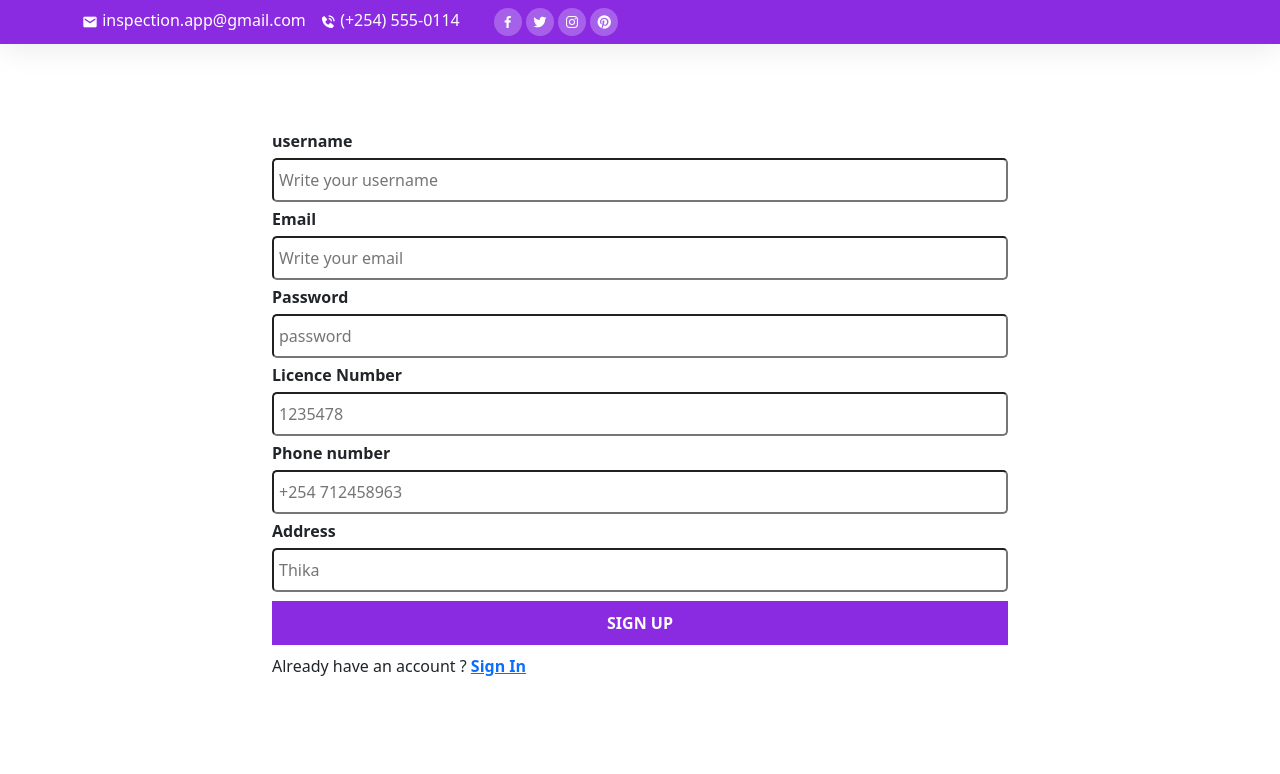
Repository: NDISHAW/Inspectionapp-rails
Page: public/signup.html
The author's editor kept a copy of each file at every save. The page is drawn from the files as they stood at one save, then again after the next save.
The browser window is 1280 px wide. The pictures show the whole page.

Above is the page before, as saved 2022-10-09 04:20:09.

### public/signup.html
<!DOCTYPE html>
<html lang="en">
  <head>
    <meta charset="UTF-8" />
    <meta http-equiv="X-UA-Compatible" content="IE=edge" />
    <meta name="viewport" content="width=device-width, initial-scale=1.0" />
    <title>Sign up</title>
    <link rel="stylesheet" href="css/style.css">
    <link rel="stylesheet" href="css/bootstrap.min.css">
    <link rel="stylesheet" href="css/owl.carousel.min.css">
    <link rel="stylesheet" href="css/owl.theme.default.min.css">
    <link href='https://unpkg.com/boxicons@2.1.1/css/boxicons.min.css' rel='stylesheet'>

    <script src="/js/axios/dist/axios.min.js"></script>
  </head>
  <body data-bs-spy="scroll" data-bs-target=".navbar" data-bs-offset="70">


      <!-- TOP NAV -->
      <div class="top-nav navbar" id="home">
          <div class="container">
              <div class="row justify-content-between">
                  <div class="col-auto">
                      <p> <i class='bx bxs-envelope'></i> inspection.app@gmail.com</p>
                      <p> <i class='bx bxs-phone-call'></i> (+254) 555-0114</p>
                  </div>
                  <div class="col-auto social-icons">
                      <a href="#"><i class='bx bxl-facebook'></i></a>
                      <a href="#"><i class='bx bxl-twitter'></i></a>
                      <a href="#"><i class='bx bxl-instagram'></i></a>
                      <a href="#"><i class='bx bxl-pinterest'></i></a>
                  </div>
              </div>
          </div>
      </div>
    <section id="about">
      <div class="container">
    <div class="row justify-content-center">
      <div class="jumbotron jumbotron-fluid col-8 flex">
      <!-- username  -->
      <div class="username">
        <label for="username">username</label>
        <input
          type="username"
          name="username"
          id="username"
          placeholder="Write your username"
        />
      </div>
      <!-- Email  -->
      <div class="email">
        <label for="email">Email</label>
        <input
          type="email"
          name="email"
          id="email"
          placeholder="Write your email"
        />
      </div>
      <!-- passWord -->
      <div class="pass">
        <label for="password">Password</label>
        <input
          type="password"
          name="password"
          id="password"
          placeholder="password"
        />
      </div>
      <!-- licence_no -->
      <div class="pass">
        <label for="licence_no">Licence Number</label>
        <input
          name="licence_no"
          id="licence_no"
          placeholder="1235478"
        />
      </div>

      <!-- phone -->
      <div class="pass">
        <label for="phone">Phone number</label>
        <input
          name="phone"
          id="phone"
          placeholder="+254 712458963"
        />
      </div>

      <!-- address -->
      <div class="pass">
        <label for="address">Address</label>
        <input
          type="address"
          name="address"
          id="address"
          placeholder="Thika"
        />
      </div>
      <!-- Rails button -->
      <!-- <button id="submit-btn" onclick="rails()">Rails test</button> -->
      <!-- Sign Up button -->
      <button id="submit-btn" onclick="signUp();">Sign Up</button>
      <!-- Sign In option -->
      <p>Already have an account ?</p>
      <span><a href="signIn.html">Sign In</a></span>
    </div>
    </div>
    </div>
    </section>
  </div>
    <script src="main.js"></script>
  </body>
</html>

### public/css/style.css
@import url('https://fonts.googleapis.com/css2?family=Barlow:wght@400;500;600;700&display=swap');

:root {
    --brand: blueviolet;
    --dark: #092032;
    --body: #516171;
    --border: rgba(0,0,0,0.08);
    --shadow: 0px 6px 30px rgba(0, 0, 0, 0.08);

}

body {
    font-family: "Barlow", sans-serif;
    color: var(--body);
    line-height: 1.7;
}

h1,h2,h3,h4,h5,h6,
.display-1,.display-2,.display-3,.display-4 {
    font-weight: 700;
    color: var(--dark);
}

.bg-cover {
    background-size: cover;
    background-position: center;
    background-repeat: no-repeat;
}

img {
    width: 100%;
}

a {
    color: var(--dark);
    transition: all 0.4s ease;
    font-weight: 500;
}

a:hover {
    color: var(--brand);
}

section {
    padding-top: 80px;
    padding-bottom: 80px;
}

.text-brand {
    color: var(--brand) !important;
}


.hero-slider .owl-prev,
.hero-slider .owl-next{
    background-color: rgba(255, 255, 255, 0.3) !important;
    width: 60px !important;
    height: 60px !important;
    display: block;
    display: grid;
    place-items: center;
    color: #fff !important;
    border-radius: 100px;
    line-height: 0;
    border-radius: 100px !important;
    position: absolute;
    top: 50%;
    font-weight: 600 !important;
    font-size: 12px !important;
    transition: all 0.4s ease;
    margin-top: -30px !important;
}

.owl-prev {
    left: 0;
}
.owl-next {
    right: 0;
}

.hero-slider .owl-prev:hover,
.hero-slider .owl-next:hover {
    background-color: var(--brand) !important;
}

.owl-dot.active span{
    background-color: var(--brand) !important;
}


 /* slide */
 .slide {
     min-height: 100vh;
     display: flex;
     align-items: center;
     justify-content: center;
     position: relative;
}

.slide1 {
    background: linear-gradient(rgba(0, 0, 0, 0.4), rgba(0, 0, 0, 0.4)), url(../img/mec2.jpg);
    background-size: cover;
    background-position: center;
    background-repeat: no-repeat;
}

.slide2 {
    background: linear-gradient(rgba(0, 0, 0, 0.4), rgba(0, 0, 0, 0.4)), url(../img/world3.jpg);
    background-size: cover;
    background-position: center;
    background-repeat: no-repeat;
}

.slide .display-3 {
    text-transform: uppercase;
    color: #fff;
}

/* navbar */
.top-nav {
    background-color: var(--brand);
    color: #fff;
    padding-top: 5px;
    padding-bottom: 5px;
}

.top-nav p {
    display: inline-block;
    margin-bottom: 0;
    margin-right: 10px;
}

.top-nav span,
.top-nav i {
    vertical-align: middle;
}

.navbar {
    box-shadow: var(--shadow);
}

.social-icons a {
    width: 28px;
    height: 28px;
    display: inline-flex;
    color: #fff;
    background-color: rgba(255, 255, 255, 0.25);
    text-decoration: none;
    align-items: center;
    justify-content: center;
    border-radius: 100px;
}

.social-icons a:hover {
    background-color: #fff;
    color: var(--brand);
}

.navbar .navbar-nav .nav-link {
    color: var(--dark);
}

.navbar .navbar-nav .nav-link:hover {
    color: var(--brand);
}

.navbar .navbar-nav .nav-link.active {
    color: var(--brand);
}

.navbar-brand {
    font-size: 28px;
    font-weight: 700;
}

.navbar-brand .dot {
    color: var(--brand);
}

.btn {
    padding: 8px 26px;
}

.btn-brand {
    border-color: var(--brand);
    background-color: var(--brand);
    color: #fff;
}

.btn-brand:hover {
    background-color: #d64022;
    border-color: #d64022;
    color: #fff;
}

.intro {margin-bottom: 36px;
text-align: center;}

.intro p {
    max-width: 500px;
}
.intro h6{
    color: var(--brand);
    font-weight: 400;
    text-transform: uppercase;
}

.intro h1 {
    margin-top: 15px;
    margin-bottom: 15px;
}

.info-box {
    align-items: center;
    display: flex;
}

.info-box img {
    width: 90px;
}


#milestone {
    background: linear-gradient(rgba(136, 42, 143, 0.85), rgba(48, 181, 123, 0.85)), url(../img/inspe.jpg);
    background-size: cover;
    background-position: center;
    background-repeat: no-repeat;
}

#milestone h1,
#milestone p {
    color: #fff;
}

.service {
    padding: 32px;
    background-color: #fff;
    box-shadow: var(--shadow);
}

.service h5 {
    margin-top: 24px;
    margin-bottom: 14px;
}

.service img {
    width: 90px;
}


.project {
    position: relative;
    overflow: hidden;
    z-index: 2;
}

.project h6 {
    font-weight: 400;
}

.project h6::before {
    content: "";
    height: 2px;
    width: 30px;
    display: inline-block;
    background: var(--brand);
    vertical-align: middle;
    margin-right: 10px;
}


.project .overlay {
    width: 100%;
    height: 220px;
    position: absolute;
    bottom: 0;
    left: 0;
    background: linear-gradient(180deg, rgba(255, 76, 41, 0) 0%, var(--dark) 100%);
}

.project .content {
    position: absolute;
    left: 10%;
    bottom: 10%
}

.project h2,
.project h6 {
    color: #fff;
}

.team-member {
    text-align: center;
}

.team-member .image{
    position: relative;
    z-index: 2;
    overflow: hidden;
}

.team-member .overlay {
    width: 100%;
    height: 100%;
    position: absolute;
    left: 0;
    top: -10%;
    background-color: rgba(255, 77, 41, 0.7);
    opacity: 0;
    transition: all 0.4s ease;
}

.team-member h5 {
    margin-top: 16px;
    margin-bottom: 4px;
}

.team-member .social-icons {
    position: absolute;
    top: 60%;
    left: 50%;
    transform: translate(-50%, -50%);
    z-index: 2;
    opacity: 0;
    transition: all 0.4s ease;
}

.team-member .social-icons a {
    width: 40px;
    height: 40px;
}

.team-member:hover .social-icons {
    top: 50%;
    opacity: 1;
}

.team-member:hover .overlay {
    top: 0%;
    opacity: 1;
}

#reviews {

    background: linear-gradient(-90deg, rgba(8, 32, 50, 0.8), rgba(8, 32, 50, 0.8)), url(../img/imago.jpg), #082032;;
    background-size: cover;
    background-position: center;
    background-repeat: no-repeat;
}

.review {
    text-align: center;
    z-index: 2;
    position: relative;
    margin: 15px;
    max-width: 768px;
    margin: auto;
}

.review .bxs-quote-alt-left {
    font-size: 120px;
    position: absolute;
    opacity: 0.1;
    left: 50%;
    top: 50%;
    transform: translate(-50%, -50%);
    color: #fff;
}

.review img {
    width: 80px !important;
    height: 80px;
    border-radius: 100px;
    margin: auto;
}

.review h5 {
    margin-top: 16px;
    margin-bottom: 4px;
    color: #fff;
}

.review h3 {
    margin-top: 26px;
    margin-bottom: 26px;
    font-size: 22px;
    color: #fff;
    font-weight: 400;
    line-height: 1.7;
}

.review small {
    color: var(--brand);
}

.review .stars {
    color: var(--brand);
}

.blog-post {
    position: relative;
    background-color: #fff;
    box-shadow: var(--shadow);
}

.blog-post .content {
    padding: 32px;
}

.blog-post a {
    position: absolute;
    top: 20px;
    left: 20px;
    background-color: var(--brand);
    padding: 2px 12px;
    border-radius: 100px;
    text-decoration: none;
    color: #fff;
}

.blog-post h5 {
    margin-top: 12px;
    margin-bottom: 12px;
}

.blog-post small {
    text-transform: uppercase;
    color: var(--brand);
    text-decoration: underline;
}

footer {
    background: linear-gradient(0deg, rgba(8, 32, 50, 0.9), rgba(8, 32, 50, 0.9)), url(../img/teammech.jpg), #082032;;
    background-size: cover;
    background-position: center;
    background-repeat: no-repeat;
}

footer .footer-top {
    padding-top: 80px;
    padding-bottom: 40px;
}

.footer-bottom {
    border-top: 1px solid rgba(255, 255, 255, 0.1);
    padding-bottom: 20px;
    padding-top: 20px;
}

footer .navbar-brand {
    color: #fff;
}

footer p {
    color: #ADB3B9;
}

footer .social-icons a {
    width: 50px;
    height: 50px;
    font-size: 20px;
    margin-left: 4px;
    margin-right: 4px;
}

.loader {
    min-height: 100vh;
    display: flex;
    align-items: center;
    justify-content: center;
    background-color: red;
    z-index: 99999;
    position: fixed;
    left: 0;
    right: 0;
}


input.form-control {
    border-color: transparent;
    height: 44px;
}

.form-control {
    background-color: rgba(0, 0, 0, 0.04);
    border-color: rgba(0, 0, 0, 0.04);;
}

.form-control:focus {
    box-shadow: none;
    border-color: var(--brand);
}
.form {
    width: 400px;
    border-radius: 5px;
    background-color: white;
    height:fit-content;
    padding: 5px 10px;
    background-color: #9633FF;
}
label {
    display: block;
    font-weight: bolder;
    margin: 5px 0px;
}

input {
    width: 100%;
    padding: 8px 5px;
    border-radius: 5px;
    margin-bottom: 10px;
}

#submit-btn {
    border: none;
    background-color: blueviolet;
    width: 100%;
    padding: 10px 8px;
    color: white;
    font-weight: bolder;
    text-transform: uppercase;
    cursor: pointer;
    margin: 9px 0px;
}

p {
    font-size: 16px;
    border-radius: 10px;
    cursor: pointer;
    display: inline-block;
}

a {
    text-decoration: none;
    font-weight: bolder;
}


/*@import url(https://fonts.googleapis.com/css?family=Roboto:400,300,500);*/
*:focus {
    outline: none;

}

### public/main.js
// // setting up firebase with our website
// const firebaseApp = firebase.initializeApp({
//         apiKey: "AIzaSyDF9DKF44fhzBzk5fZB5Mk4_21q4Ey2kxQ",
//         authDomain: "inspection-e4bf7.firebaseapp.com",
//         projectId: "inspection-e4bf7",
//         storageBucket: "inspection-e4bf7.appspot.com",
//         messagingSenderId: "94545597565",
//         appId: "1:94545597565:web:9e1d12415061541a4ecd14",
//         measurementId: "G-P207FELWW2"
//       });
// const db = firebaseApp.firestore();
// const auth = firebaseApp.auth();

// Sign up function
// function signUp(){
//     //DOM manupilation
//     const email = document.getElementById("email").value;
//     const password = document.getElementById("password").value;
//     const phone = document.getElementById("phone").value;
//     const licence_no = document.getElementById("licence_no").value;
//     const address = document.getElementById("address").value;
//     console.log(email, password)
//     // firebase code
//     firebase.auth().createUserWithEmailAndPassword(email, password)
//         .then((result) => {
//             // Signed in
//             document.write("You are Signed Up")
//             window.location = "dashboard.html";
//             console.log(result)
//             // ...
//         })
//         .catch((error) => {
//             console.log(error.code);
//             console.log(error.message)
//             // ..
//         });
// }




// Sign In function
// const username = document.getElementById("username").value;
// const password = document.getElementById("password").value;

function signIn() {
    const username = document.getElementById("username").value;
    const password = document.getElementById("password").value;
    // firebase code
    // firebase.auth().signInWithEmailAndPassword(email, password)
    axios
        .post("http://localhost:3000/api/login", {
            password: password,
            username: username,
            // phone: phone,
            // licence_no: licence_no,
            // address: address,
        })
        .then((result) => {
            // Signed in
            document.write("You are Signed In");
            // window.location = "form.html";
            window.location = "dashboard.html";

            console.log(result);
        })
        .catch((error) => {
            console.log(error.code);
            console.log(error.message);
        });
}

function signUp() {
  const username = document.getElementById("username").value;
  const email = document.getElementById("email").value;
  const password = document.getElementById("password").value;const phone = document.getElementById("phone").value;const licence_no = document.getElementById("licence_no").value;const address = document.getElementById("address").value;
  // firebase code
  // firebase.auth().signInWithEmailAndPassword(email, password)
  axios
    .post("http://localhost:3000/api/signup", {
      username: username,
      password: password,
      phone: phone,
      licence_no: licence_no,
      address: address,
      email: email,
    })
    .then((result) => {
      // Signed in
      document.write("You are Signed Up");
      // window.location = "form.html";
      window.location = "dashboard.html";

      console.log(result);
    })
    .catch((error) => {
      console.log(error.code);
      console.log(error.message);
    });
}

Loaded but not shown: public/css/bootstrap.min.css (library); public/css/owl.carousel.min.css (library); public/css/owl.theme.default.min.css (common file); public/js/axios/dist/axios.min.js (library)

After the next save:
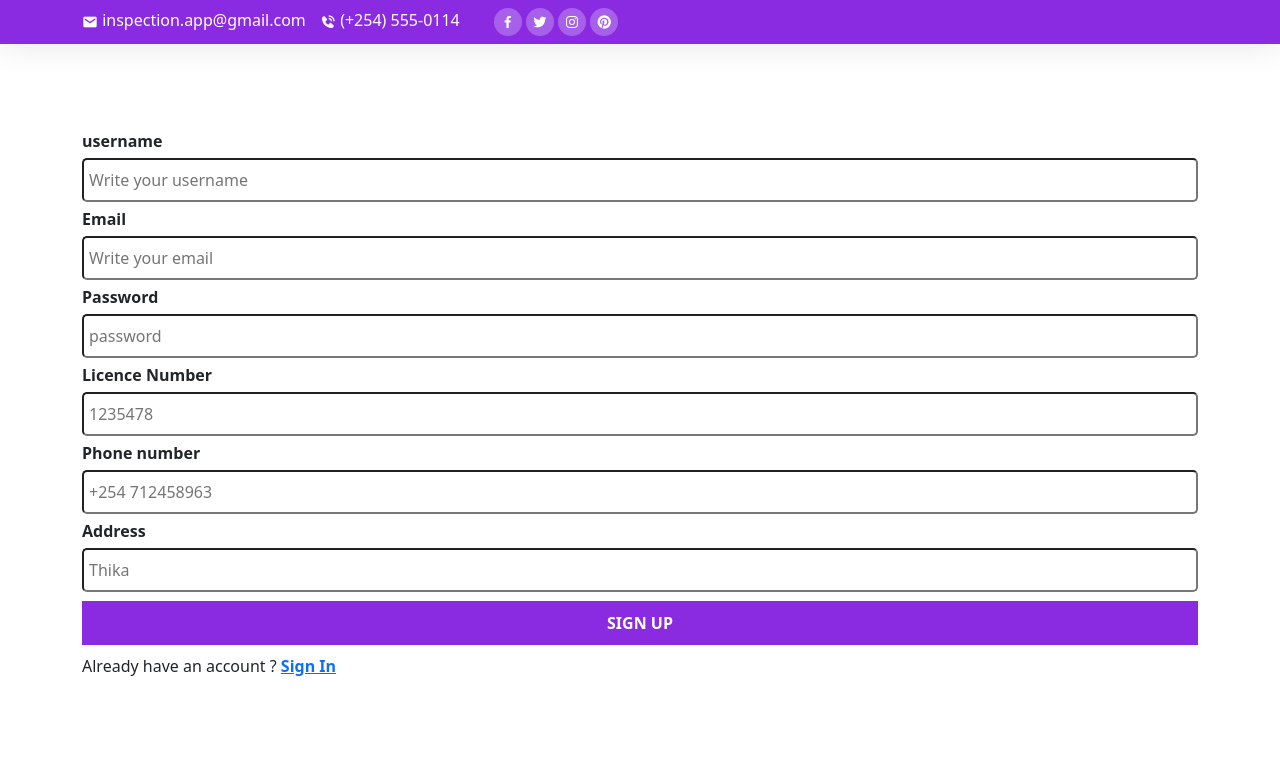
Saved 8 s later.
--- a/public/signup.html
+++ b/public/signup.html
@@ -36,7 +36,7 @@
     <section id="about">
       <div class="container">
     <div class="row justify-content-center">
-      <div class="jumbotron jumbotron-fluid col-8 flex">
+      <div class="">
       <!-- username  -->
       <div class="username">
         <label for="username">username</label>
